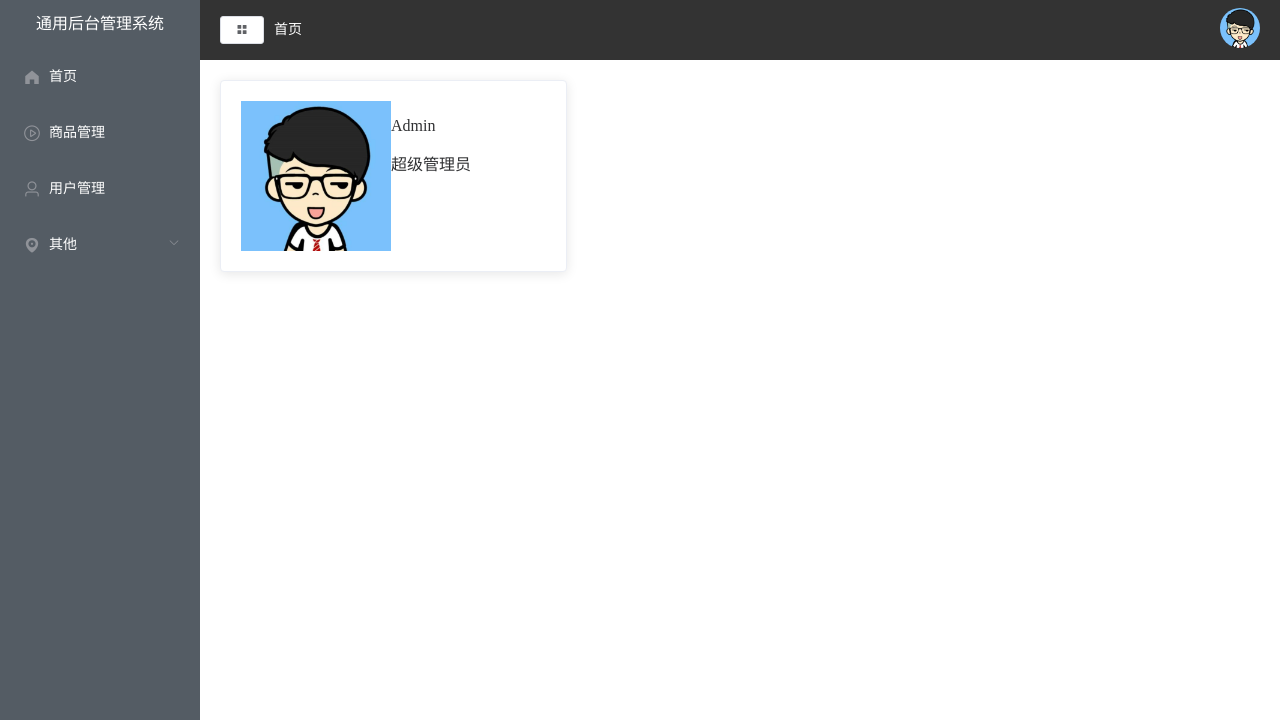
Repository: Francis200214/my-app
Page: /
These files come from the project's save history. The page is drawn as it stood at one moment and after a run of saves; the edit follows.
The browser window is 1280 px wide. The pictures show the whole page.
The project was rebuilt for these pictures with package versions that can differ from the ones it lists, and the page was loaded fresh each time. Also part of the build but not shown: vue.config.js, src/views/User.vue, src/views/Mall.vue, src/views/other/PageOne.vue, src/views/other/PageTwo.vue.

Above is the page before, as saved 2023-05-21 15:33:40.

### src/main.js
import Vue from 'vue'
import App from './App.vue'
import ElementUI from 'element-ui'

// ElementUI 按需引入
// import { Button,Row } from 'element-ui'


import 'element-ui/lib/theme-chalk/index.css'
// Vue-Router
import router from './router'
// Vuex
import store from './store'


Vue.config.productionTip = false

// 全局引入Element UI
Vue.use(ElementUI);


// 按需引入Element UI
// Vue.use(Row);
// Vue.use(Button);


new Vue({
  router,
  store,
  render: h => h(App),
}).$mount('#app')

### src/App.vue
<template>
  <div id="app">
    <router-view></router-view>
  </div>
</template>

<style lang="less">
  html,body,h3 {
    margin: 0;
    padding: 0;
  }
</style>

<script>

export default {
  name: 'App'
}
</script>

### src/router/index.js
import Vue from 'vue'
import VueRouter from 'vue-router'

// 1、引入组件
import Main from '../views/Main.vue'
import Home from '../views/Home.vue'
import User from '../views/User.vue'
import Mall from '../views/Mall.vue'
import PageOne from '../views/other/PageOne.vue'
import PageTwo from '../views/other/PageTwo.vue'

// 引入Vue-Router
Vue.use(VueRouter);

// 2、路由与组件映射
const routes = [
    {
        path: '/',
        component: Main,
        // redirect 表示重定向，当路径是 / 的时候就重定向某个路由
        redirect: '/home',
        children: [
            { path: 'home', component: Home }, // 首页
            { path: 'user', component: User }, // 用户管理
            { path: 'mall', component: Mall }, // 商品管理
            { path: 'page1', component: PageOne }, // 页面一
            { path: 'page2', component: PageTwo }, // 页面二
        ]
    }

]

// 3、创建Router实例
const router = new VueRouter({
    routes // (缩写) 相当于 routes: routes
})

// 4、将 router 暴露
export default router

### src/store/index.js
import Vue from 'vue'
import Vuex from 'vuex'
import tab from './tab'

Vue.use(Vuex)


// 创建 Vuex 的实例
// 对外暴露
export default new Vuex.Store({
    modules: {
        tab
    }
})

### src/views/Main.vue
<template>
    <div>
        <el-container>
            <el-aside width="auto">
                <common-aside />
            </el-aside>
            <el-container>
                <el-header>
                    <common-header />
                </el-header>
                <el-main>
                    <router-view></router-view>
                </el-main>
            </el-container>
        </el-container>
    </div>
</template>
<style lang="less" scoped>
.el-header {
    padding: 0;
}
</style>
<script>
import CommonAside from '../components/CommonAside.vue'
import CommonHeader from '../components/CommonHeader.vue'


export default {
    data() {
        return {}
    },
    components: {
        CommonAside,
        CommonHeader
    }
}
</script>

### src/views/Home.vue
<template>
    <el-row>
        <el-col :span="8">
            <el-card class="box-card">
                <div class="user">
                    <img src="../assets/images/user.png" alt="">
                    <div class="userinfo">
                        <p class="name">Admin</p>
                        <p class="access">超级管理员</p>
                    </div>
                </div>
                <div class="login-info"></div>
            </el-card>
        </el-col>
        <el-col :span="16">
            <div class="grid-content bg-purple-light"></div>
        </el-col>
    </el-row>
</template>
<style lang="less" scoped>
.user {
    display: flex;

    img {
        width: 150px;
        height: 150px;
        border-radius: ;
    }
}
</style>
<script>
export default {
    data() {
        return {}
    }
}
</script>

### src/store/tab.js
export default {
    state: {
        isCollapse: false // 用于控制菜单的展开或收起
    },
    mutations: {
        // 修改菜单展开或者收起的方法
        collapseMenu(state) {
            state.isCollapse = !state.isCollapse
        }
    }
}

### src/components/CommonAside.vue
<template>
    <div>
        <el-menu default-active="1-4-1" class="el-menu-vertical-demo" @open="handleOpen" @close="handleClose"
            :collapse="isCollapse" background-color="#545c64" text-color="#fff" active-text-color="#ffd04b">

            <h3>{{ isCollapse ? '后台' : '通用后台管理系统' }}</h3>

            <el-menu-item @click="clickMenu(item)" v-for="item in noChildren" :key="item.name" :index="item.name">
                <i :class="`el-icon-${item.icon}`"></i>
                <span slot="title">{{ item.label }}</span>
            </el-menu-item>

            <el-submenu v-for="item in hasChildren" :key="item.label" :index="item.label">
                <template slot="title">
                    <i :class="`el-icon-${item.icon}`"></i>
                    <span slot="title">{{ item.label }}</span>
                </template>
                <el-menu-item-group v-for="subItem in item.children" :key="subItem.path">
                    <el-menu-item @click="clickMenu(subItem)" :index="subItem.path">{{ subItem.label }}</el-menu-item>
                </el-menu-item-group>
            </el-submenu>
        </el-menu>
    </div>
</template>

<style lang="less" scope>
.el-menu-vertical-demo:not(.el-menu--collapse) {
    width: 200px;
    min-height: 400px;
}

.el-menu {
    height: 100vh;
    border-right: none;

    h3 {
        color: #fff;
        text-align: center;
        line-height: 48px;
        font-size: 16px;
        // 字体粗细
        font-weight: 400;
    }
}
</style>

<script>
export default {
    data() {
        return {
            menuData: [
                {
                    path: '/',
                    name: 'home',
                    label: '首页',
                    icon: 's-home',
                    url: 'Home/Home'
                },
                {
                    path: '/mall',
                    name: 'mall',
                    label: '商品管理',
                    icon: 'video-play',
                    url: 'MallManage/MallManage'
                },
                {
                    path: '/user',
                    name: 'user',
                    label: '用户管理',
                    icon: 'user',
                    url: 'UserManage/UserManage'
                },
                {
                    label: '其他',
                    icon: 'location',
                    children: [
                        {
                            path: '/page1',
                            name: 'page1',
                            label: '页面1',
                            icon: 'setting',
                            url: 'Other/PageOne'
                        },
                        {
                            path: '/page2',
                            name: 'page2',
                            label: '页面2',
                            icon: 'setting',
                            url: 'Other/PageTwo'
                        }
                    ]
                }
            ]
        };
    },
    methods: {
        handleOpen(key, keyPath) {
            console.log(key, keyPath);
        },
        handleClose(key, keyPath) {
            console.log(key, keyPath);
        },
        // 点击菜单
        clickMenu(item) {
            console.log(item)
            // 当页面的路由与我要跳转的路由不一致的时候才允许跳转
            if (this.$route.path !== item.path && !(this.$route.path === '/home' && (item.path === '/'))) {
                // 这里的this代表vue实例
                this.$router.push(item.path)
            }
        }
    },
    computed: {
        // 没有子菜单
        noChildren() {
            return this.menuData.filter(item => !item.children)
        },
        // 有子菜单
        hasChildren() {
            return this.menuData.filter(item => item.children)
        },
        isCollapse() {
            return this.$store.state.tab.isCollapse
        }
    }
}
</script>

### src/components/CommonHeader.vue
<template>
    <div class="header-container">
        <div class="l-content">
            <el-button @click="handleMenu" icon="el-icon-menu" size="mini"></el-button>
            <!-- 面包屑 -->
            <span class="text">首页</span>
        </div>
        <div class="r-content">
            <el-dropdown>
                <span class="el-dropdown-link">
                    <img class="user" src="../assets/images/user.png" alt="">
                </span>
                <el-dropdown-menu slot="dropdown">
                    <el-dropdown-item>个人中心</el-dropdown-item>
                    <el-dropdown-item>退出</el-dropdown-item>
                </el-dropdown-menu>
            </el-dropdown>
        </div>
    </div>
</template>
<style lang="less" scoped>
.header-container {
    padding: 0px 20px;
    background-color: #333;
    height: 60px;
    display: flex;
    // 将元素放到元素主轴的两端
    justify-content: space-between;
    align-items: center;

    .text {
        color: #fff;
        font-size: 14px;
        margin-left: 10px;
    }

    .r-content {
        .user {
            width: 40px;
            height: 40px;
            border-radius: 50%;
        }
    }
}
</style>
<script>
export default {
    data() {
        return {}
    },
    methods: {
        handleMenu() {
            this.$store.commit('collapseMenu')
        }
    }
}
</script>

Loaded but not shown: public/index.html (common file)

After the next 2 saves:
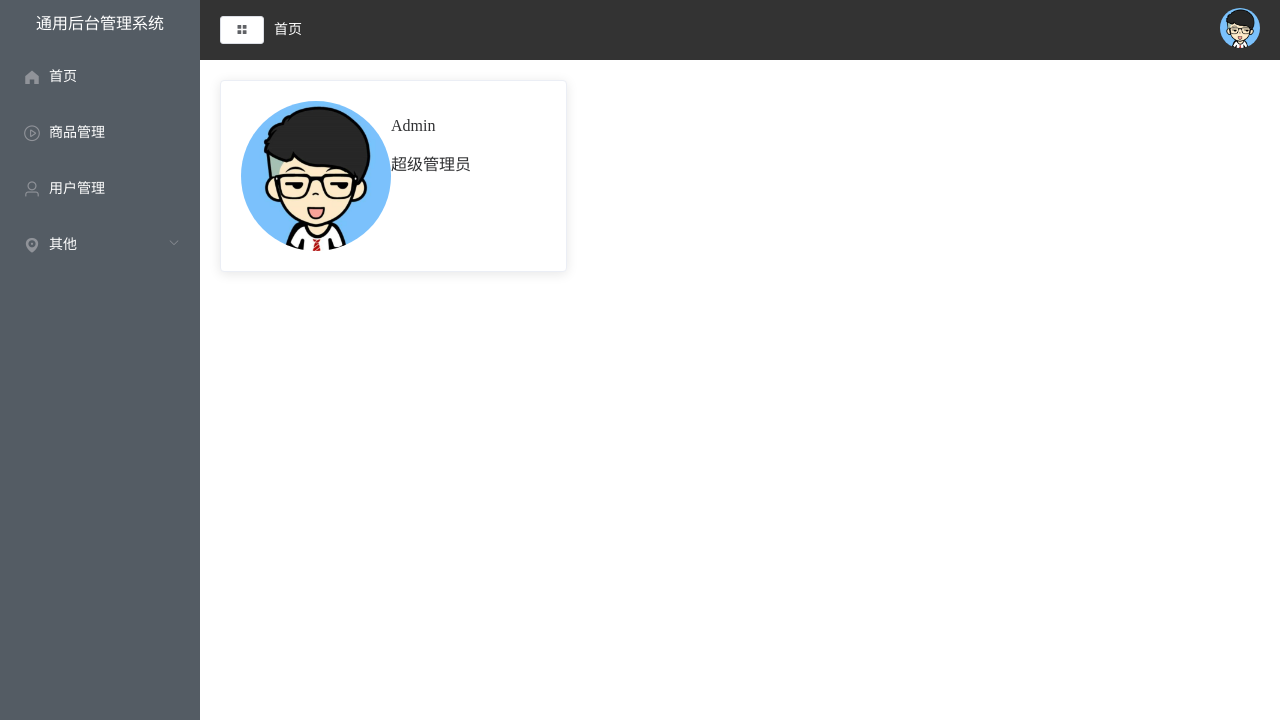
The 2 saves are shown as one change because they came seconds apart.
The last was saved 8 s later.
--- a/src/views/Home.vue
+++ b/src/views/Home.vue
@@ -24,7 +24,7 @@
     img {
         width: 150px;
         height: 150px;
-        border-radius: ;
+        border-radius: 50%;
     }
 }
 </style>
